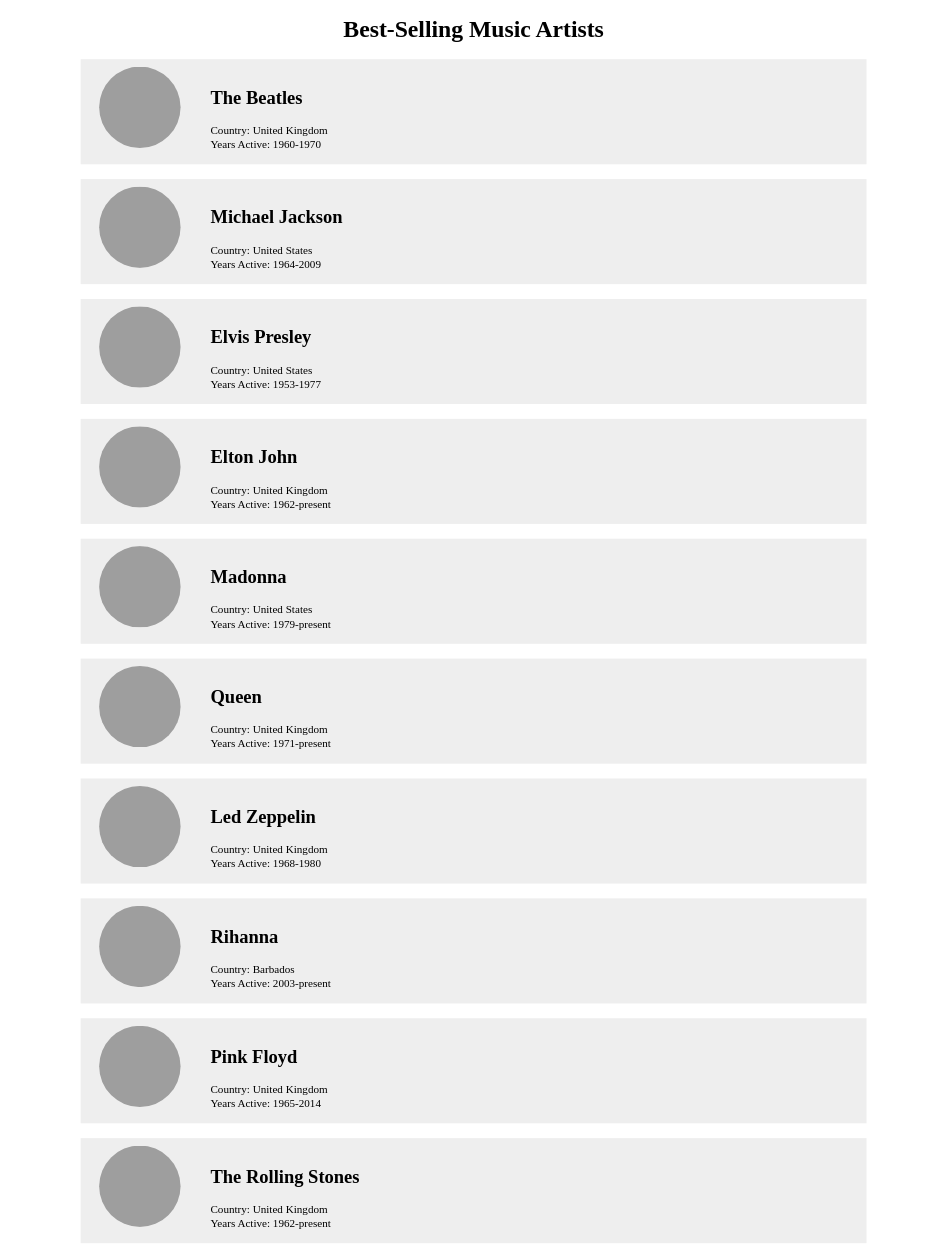
Repository: SamanthaYan298/my_artists
Page: /
The author's editor kept a copy of each file at every save. The page is drawn from the files as they stood at one save, then again after the next save.
The browser window is 1280 px wide. The pictures show the whole page, at 74% of full size.
Pictures or frames that could not be fetched are drawn as grey boxes. The project was rebuilt for these pictures with package versions that can differ from the ones it lists, and the page was loaded fresh each time. Also part of the build but not shown: vite.config.js.

Above is the page before, as saved 2024-09-18 08:15:54.

### src/App.jsx
import { artists } from './best-selling-music-artists';
import ArtistDetails from './components/ArtistDetails';
import Layout from './components/Layout';

function App() {

  const artistsInfo = artists.map(artists => <ArtistDetails key={artists.name} artists={artists}/>)

  return (
    <Layout>
      <div className="app">
        <div>
          <h1>Best-Selling Music Artists</h1>
        </div>
        {artistsInfo}
      </div>
    </Layout>
  );
}

export default App;

### src/index.css
.layout {
    align-items: center;
    text-align: center;
}

.main-containter {
    display: flex;
    flex-direction: row;
    justify-content: flex-start;
    gap: 40px;
    text-align: left;
    line-height: 4px;
    font-size: 15px;
    width: 80%;
    background-color: #eee;
    padding: 10px 25px;
    margin: 20px auto;
}

.names {
    padding: 15px 0;
    font-size: 25px;
}

### src/best-selling-music-artists.js
export const artists = [
    {
        name: 'The Beatles',
        photo_url: "https://upload.wikimedia.org/wikipedia/commons/9/9f/Beatles_ad_1965_just_the_beatles_crop.jpg",
        country: "United Kingdom",
        years_active: "1960-1970",
    },
    {
        name: 'Michael Jackson',
        photo_url: "https://upload.wikimedia.org/wikipedia/commons/8/83/Michael_Jackson_Dangerous_World_Tour_1993_cropped.png",
        country: "United States",
        years_active: "1964-2009",
    },
    {
        name: 'Elvis Presley',
        photo_url: "https://upload.wikimedia.org/wikipedia/commons/1/16/Elvis_Presley_1973_RCA_Records_and_Tapes_publicity_2_-_cropped.png",
        country: "United States",
        years_active: "1953-1977",
    },
    {
        name: 'Elton John',
        photo_url: "https://upload.wikimedia.org/wikipedia/commons/7/74/Elton_John_1980.png",
        country: "United Kingdom",
        years_active: "1962-present",
    },
    {
        name: 'Madonna',
        photo_url: "https://upload.wikimedia.org/wikipedia/commons/4/47/Madonna_II_A_1_%28cropped%29.jpg",
        country: "United States",
        years_active: "1979-present",
    },
    {
        name: 'Queen',
        photo_url: "https://upload.wikimedia.org/wikipedia/commons/a/ac/FreddieMercuryNov1977.jpg",
        country: "United Kingdom",
        years_active: "1971-present",
    },
    {
        name: 'Led Zeppelin',
        photo_url: "https://upload.wikimedia.org/wikipedia/commons/c/cc/Robert_Plant_at_the_Palace_Theatre%2C_Manchester.jpg",
        country: "United Kingdom",
        years_active: "1968-1980",
    },
    {
        name: 'Rihanna',
        photo_url: "https://upload.wikimedia.org/wikipedia/commons/b/b3/Rihanna_concert_in_Washington_DC_%28cropped%29.jpg",
        country: "Barbados",
        years_active: "2003-present",
    },
    {
        name: 'Pink Floyd',
        photo_url: "https://upload.wikimedia.org/wikipedia/commons/f/f2/David_Gilmour_Argentina_2015_%28cropped%29.jpg",
        country: "United Kingdom",
        years_active: "1965-2014",
    },
    {
        name: 'The Rolling Stones',
        photo_url: "https://upload.wikimedia.org/wikipedia/commons/0/06/Keith_Richards%2C_Mick_Jagger_performing_with_Rolling_Stones_at_Prudential_Center_2012-12-13.jpg",
        country: "United Kingdom",
        years_active: "1962-present",
    },
];

### src/components/ArtistDetails.jsx
function ArtistDetails(props) {

    const {artists} = props;

    return (
        <div className="main-containter">
            <div className="photos">
                <img
                    src={artists.photo_url}
                    alt={artists.name}
                    style={{
                        width: '110px',
                        height: '110px',
                        borderRadius: '50%',
                        objectFit: 'cover'
                    }}
                />
            </div>
            <div className="info">
            <h3 className="names">{artists.name}</h3>
            <p>Country: {artists.country}</p>
            <p>Years Active: {artists.years_active}</p>
            </div>
        </div>
    )
}

export default ArtistDetails;

### src/components/Layout.jsx
export default function Layout(props) {
    return (
        <div className="layout">
            {props.children}
        </div>
    )
}

Loaded but not shown: index.html (common file); src/main.jsx (common file)

After the next save:
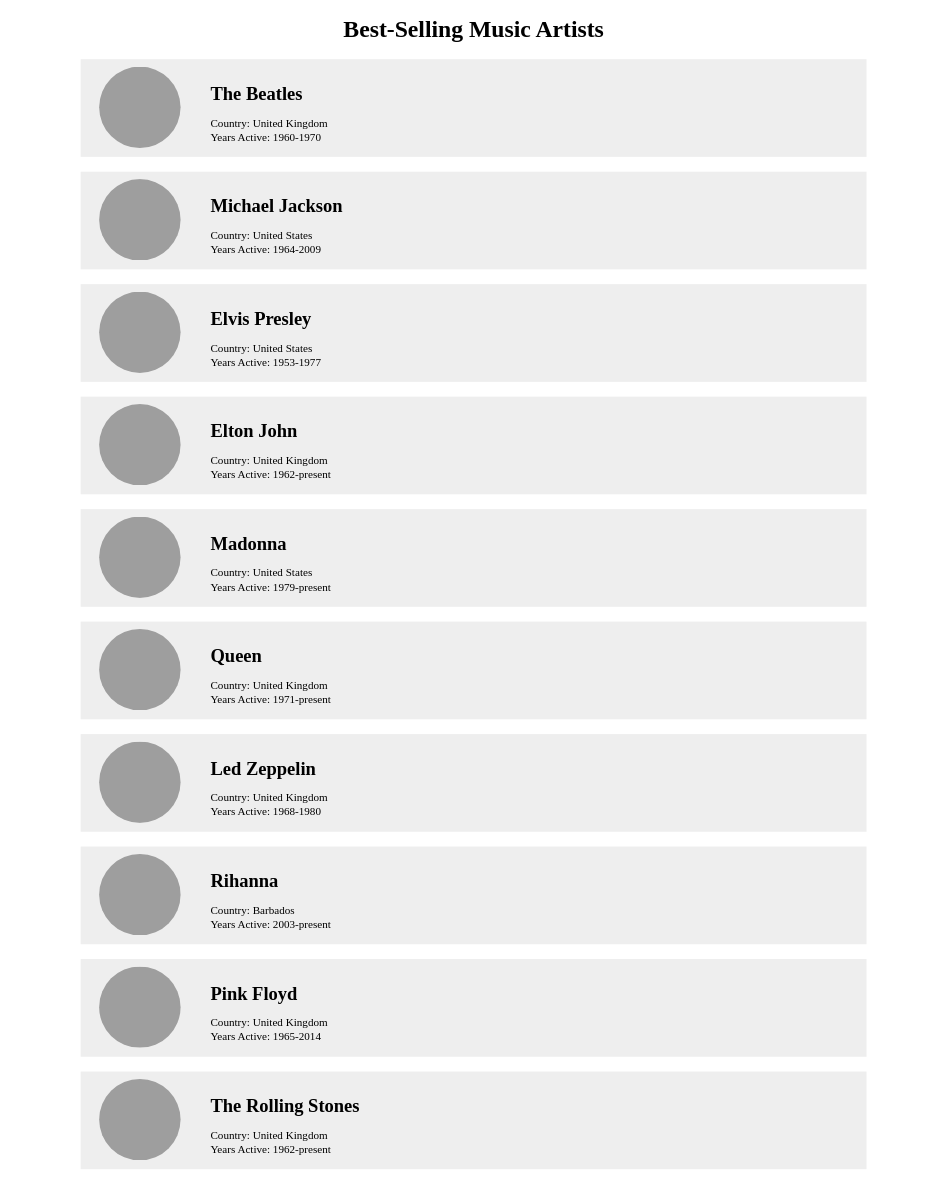
Saved 19 s later.
--- a/src/index.css
+++ b/src/index.css
@@ -18,6 +18,6 @@
 }
 
 .names {
-    padding: 15px 0;
+    padding: 10px 0;
     font-size: 25px;
 }
